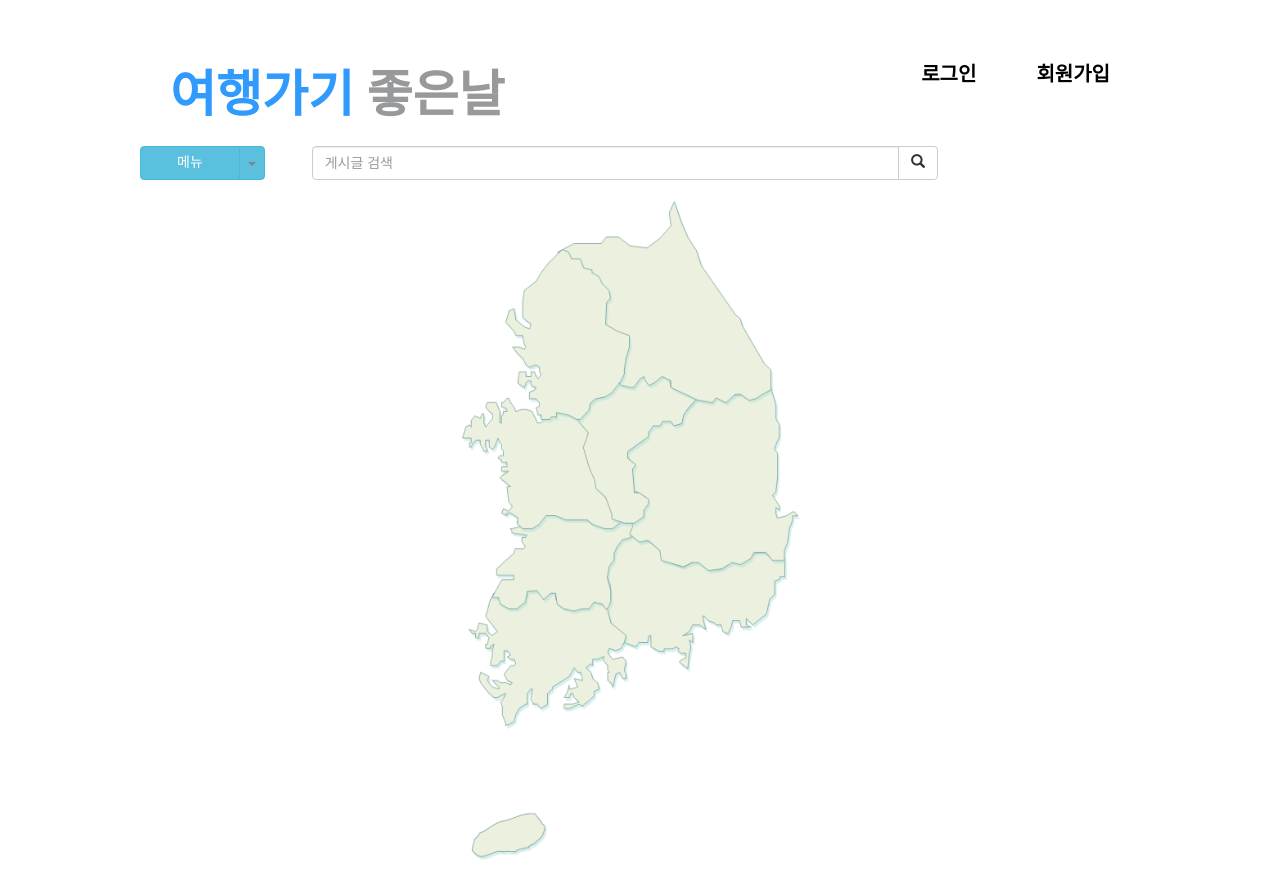
Repository: Hotmintchoco/teamProject1
Page: http://localhost/tripProject/mypage.jsp
These files come from the project's save history. The page is drawn as it stood at one moment and after the next save; the edit follows.
The browser window is 1280 px wide. The pictures show the whole page.
Some web fonts or font styles are not loaded; a fallback is used. The page is served by Tomcat 9. Nobody is signed in. The application's start-up code is not run.

Above is the page before, as saved 2022-07-02 11:50:56.

After the next save:
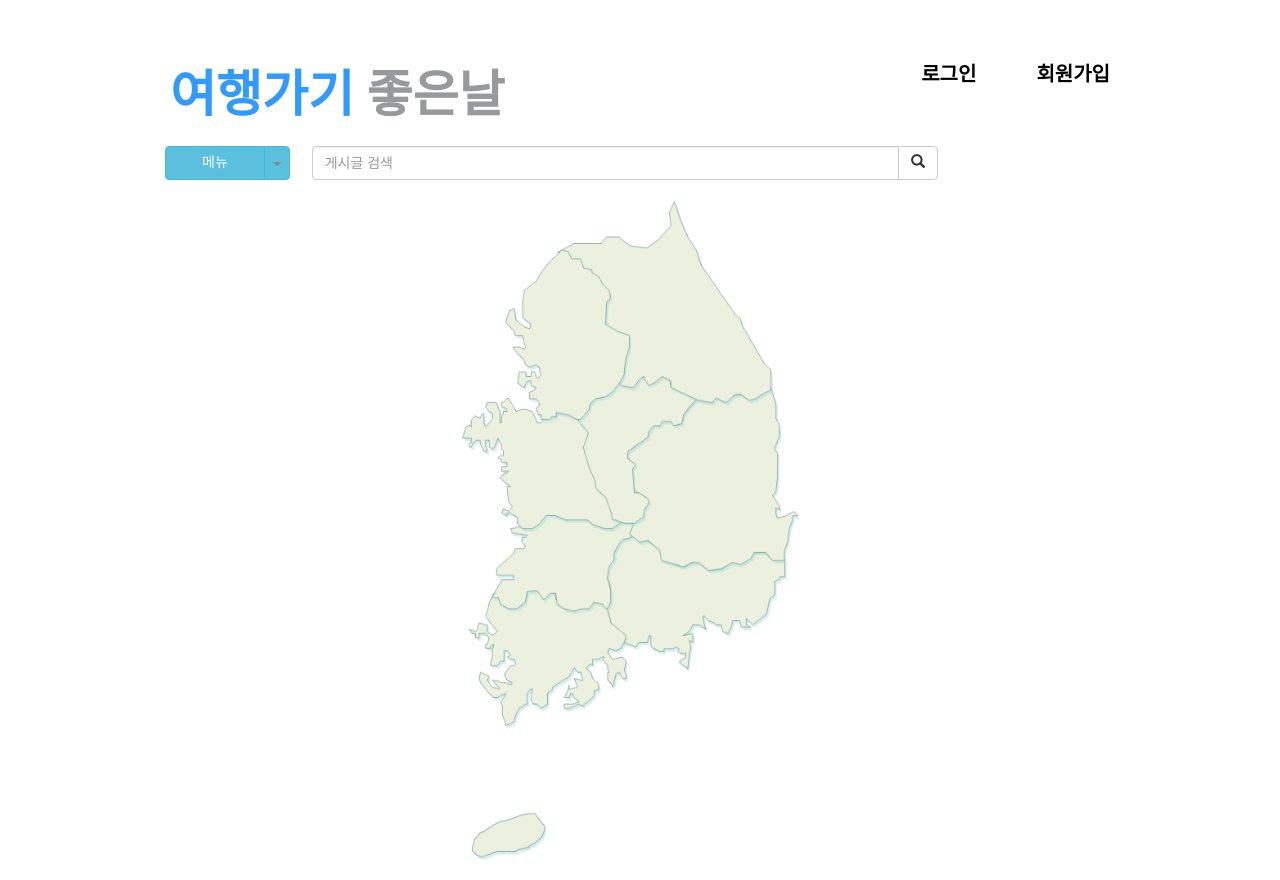
Saved 20 s later.
--- a/tripProject/src/main/webapp/mypage.jsp
+++ b/tripProject/src/main/webapp/mypage.jsp
@@ -46,7 +46,7 @@
 			<tbody>
 				<tr style="width: 100%;">
 					<td style="width: 17%;">
-						<div class="btn-group">
+						<div class="btn-group" style="margin-left: 25px;">
 							<button type="button" class="btn btn-info" style="width:100px;">메뉴</button>
 							<button type="button" class="btn btn-info dropdown-toggle"
 								data-toggle="dropdown">
